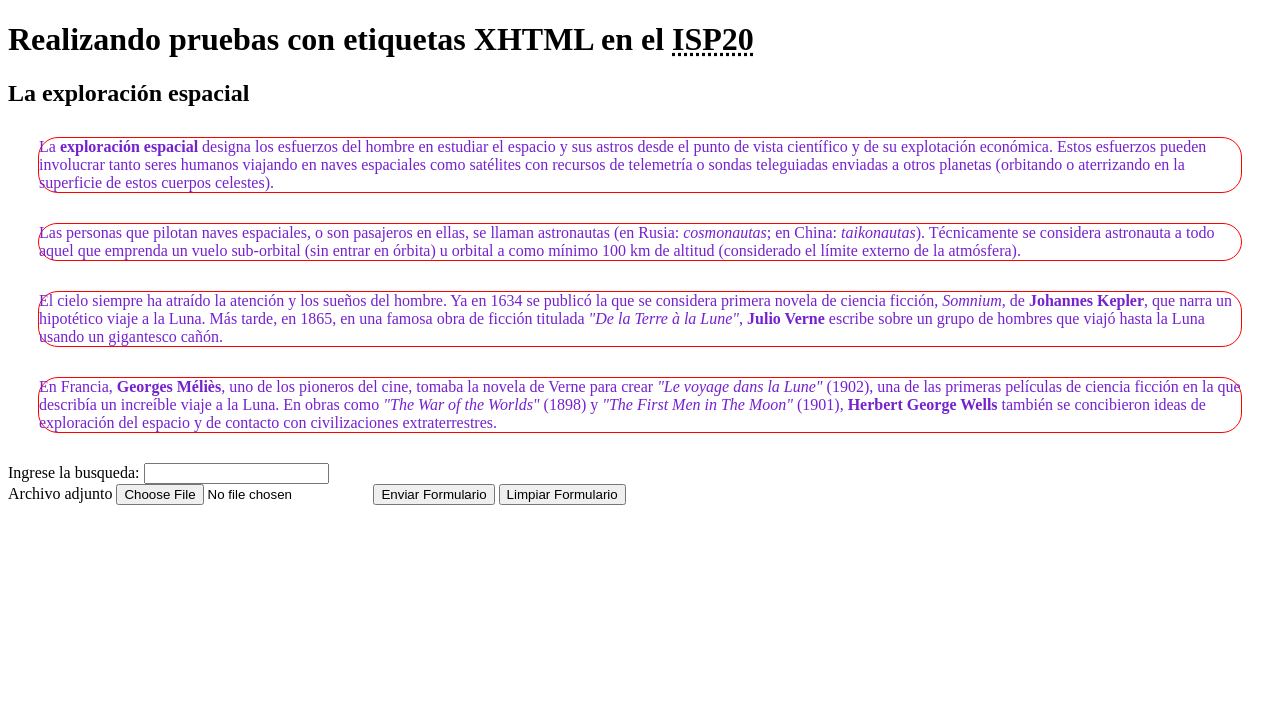
Repository: aleramirezsj/inv-aplicada-isp20
Page: pruebas_html5/pruebas_con_parrafos_y_textos.html
The author's editor kept a copy of each file at every save. The page is drawn from the files as they stood at one save, then again after the next save.
The browser window is 1280 px wide. The pictures show the whole page.

Above is the page before, as saved 2013-06-24 23:44:13.

### pruebas_html5/pruebas_con_parrafos_y_textos.html
<!DOCTYPE html PUBLIC "-//W3C//DTD XHTML 1.0 Strict//EN" "http://www.w3.org/TR/xhtml1/DTD/xhtml1-strict.dtd">
<html xmlns="http://www.w3.org/1999/xhtml" lang="es" xml:lang="es">

<head>
	<meta http-equiv="Content-Type" content="text/html; charset=UTF-8" />
	<title>La exploración espacial</title>
	<style type="text/css">
		p { border: 1px solid red;
			color:#7521CF;
			border-radius: 20px;
			margin:30px }
	</style>
</head>

<body>

	<h1>Realizando pruebas con etiquetas XHTML en el <acronym title="Instituto Superior de Profesorado Nº 20">ISP20</acronym></h1>

	<h2>La exploración espacial</h2>

	<p>La <strong>exploración espacial</strong> designa los esfuerzos del hombre en estudiar el espacio y sus astros desde el punto de vista científico y de su explotación económica. Estos esfuerzos pueden involucrar tanto seres humanos viajando en naves espaciales como satélites con recursos de telemetría o sondas teleguiadas enviadas a otros planetas (orbitando o aterrizando en la superficie de estos cuerpos celestes).</p>

	<p>Las personas que pilotan naves espaciales, o son pasajeros en ellas, se llaman astronautas (en Rusia: <em>cosmonautas</em>; en China: <em>taikonautas</em>). Técnicamente se considera astronauta a todo aquel que emprenda un vuelo sub-orbital (sin entrar en órbita) u orbital a como mínimo 100 km de altitud (considerado el límite externo de la atmósfera).</p>

	<p>El cielo siempre ha atraído la atención y los sueños del hombre. Ya en 1634 se publicó la que se considera primera novela de ciencia ficción, <em>Somnium</em>, de <strong>Johannes Kepler</strong>, que narra un hipotético viaje a la Luna. Más tarde, en 1865, en una famosa obra de ficción titulada <em>"De la Terre à la Lune"</em>, <strong>Julio Verne</strong> escribe sobre un grupo de hombres que viajó hasta la Luna usando un gigantesco cañón.</p>

	<p>En Francia, <strong>Georges Méliès</strong>, uno de los pioneros del cine, tomaba la novela de Verne para crear <em>"Le voyage dans la Lune"</em> (1902), una de las primeras películas de ciencia ficción en la que describía un increíble viaje a la Luna. En obras como <em>"The War of the Worlds"</em> (1898) y <em>"The First Men in The Moon"</em> (1901), <strong>Herbert George Wells</strong> también se concibieron ideas de exploración del espacio y de contacto con civilizaciones extraterrestres.</p>

	 <form action="https://www.google.com.ar/search" method="get">
	 	<label for="busqueda">Ingrese la busqueda:</label>
	 	<input type="text" id="q" name="q" />
	 	<br />
	 	<label for="adjunto">Archivo adjunto</label>
	 	<input type="file" id="adjunto" name="adjunto" />
	 	<input type="submit" id="cmdenviar" name="cmdenviar" value="Enviar Formulario" />
	 	<input type="reset" id="cmdlimpiar" name="cmdlimpiar" value="Limpiar Formulario" />
	 </form>

</body>

</html>

After the next save:
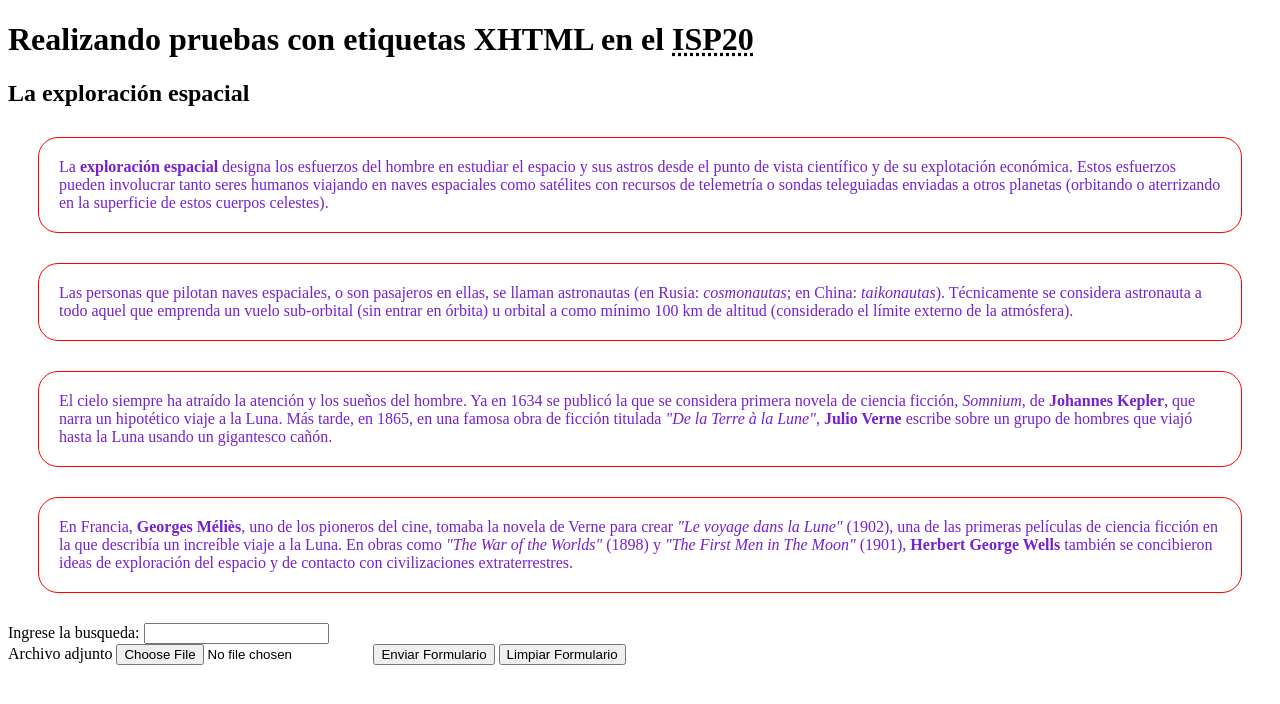
Saved 4 min 23 s later.
--- a/pruebas_html5/pruebas_con_parrafos_y_textos.html
+++ b/pruebas_html5/pruebas_con_parrafos_y_textos.html
@@ -8,7 +8,8 @@
 		p { border: 1px solid red;
 			color:#7521CF;
 			border-radius: 20px;
-			margin:30px }
+			margin:30px;
+			padding: 20px; }
 	</style>
 </head>
 
